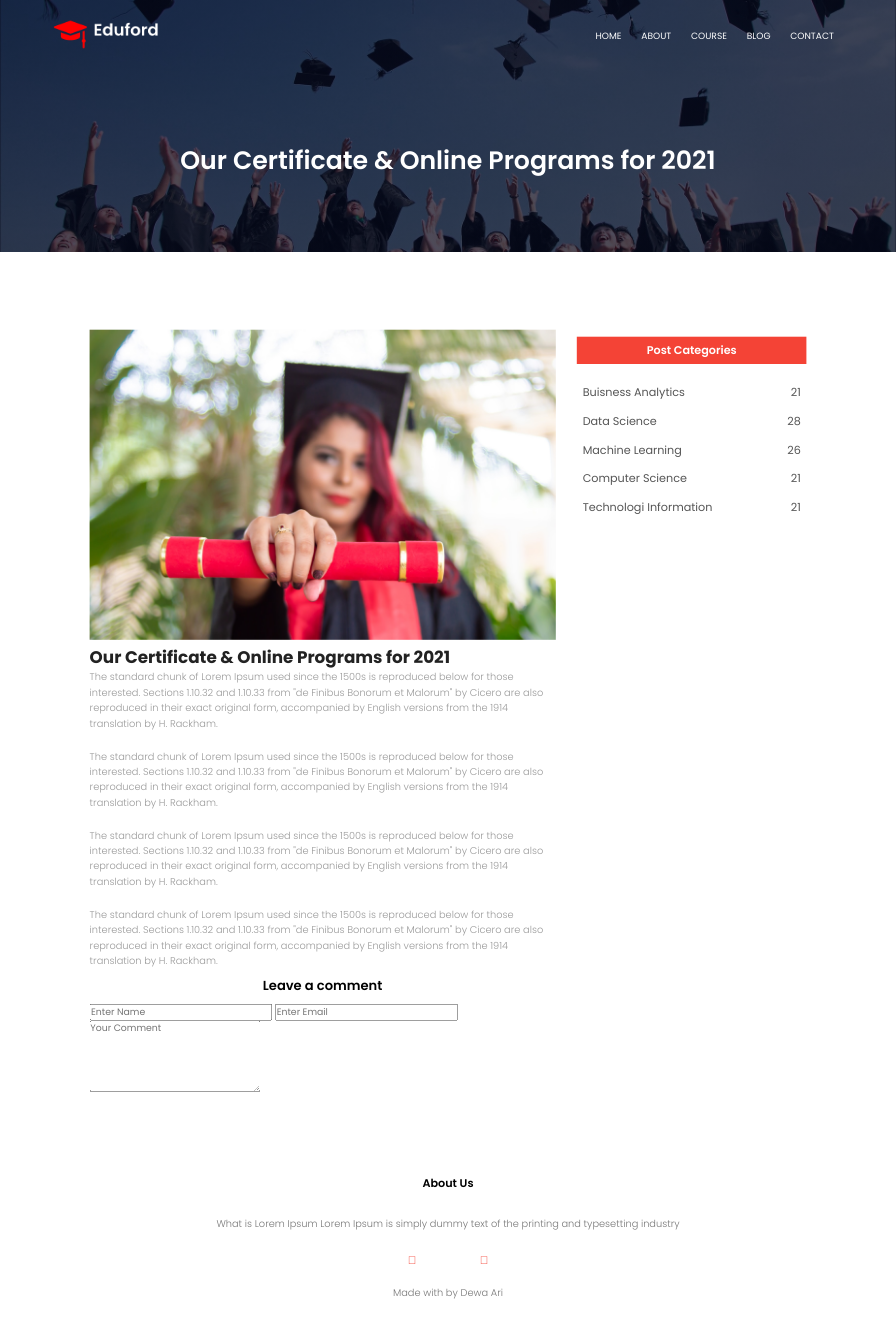
Repository: dewaary/company-profile
Page: blog.html
The author's editor kept a copy of each file at every save. The page is drawn from the files as they stood at one save, then again after the next save.
The browser window is 1280 px wide. The pictures show the whole page, at 70% of full size.

Above is the page before, as saved 2021-05-08 00:06:39.

### blog.html
<!DOCTYPE html>
<html lang="en">

<head>
    <meta charset="UTF-8" />
    <meta http-equiv="X-UA-Compatible" content="IE=edge" />
    <meta name="viewport" content="width=device-width, initial-scale=1.0" />
    <title>University Website Design</title>
    <link rel="stylesheet" href="style.css" />
    <link rel="preconnect" href="https://fonts.gstatic.com" />
    <link href="https://fonts.googleapis.com/css2?family=Poppins:wght@200;300;400;600;700&display=swap"
        rel="stylesheet" />
    <link rel="stylesheet"
        href="https://cdn.jsdelivr.net/npm/@fortawesome/fontawesome-free@5.15.3/css/fontawesome.min.css" />
</head>

<body>
    <section class="sub-header">
        <nav>
            <a href="index.html"><img src="images/logo.png" /></a>
            <div class="nav-links" id="navLinks">
                <i class="fa fa-times" onclick="hideMenu()"></i>
                <ul>
                    <li><a href="">HOME</a></li>
                    <li><a href="">ABOUT</a></li>
                    <li><a href="">COURSE</a></li>
                    <li><a href="">BLOG</a></li>
                    <li><a href="">CONTACT</a></li>
                </ul>
            </div>
            <i class="fa fa-bars" onclick="showMenu()"></i>
        </nav>
        <h1>Our Certificate & Online Programs for 2021</h1>
    </section>

    <section class="blog-content">
        <div class="row">
            <div class="blog-left">
                <img src="images/certificate.jpg" />
                <h2>Our Certificate & Online Programs for 2021</h2>
                <p>
                    The standard chunk of Lorem Ipsum used since the 1500s is reproduced
                    below for those interested. Sections 1.10.32 and 1.10.33 from "de
                    Finibus Bonorum et Malorum" by Cicero are also reproduced in their
                    exact original form, accompanied by English versions from the 1914
                    translation by H. Rackham.
                </p>
                <br />
                <p>
                    The standard chunk of Lorem Ipsum used since the 1500s is reproduced
                    below for those interested. Sections 1.10.32 and 1.10.33 from "de
                    Finibus Bonorum et Malorum" by Cicero are also reproduced in their
                    exact original form, accompanied by English versions from the 1914
                    translation by H. Rackham.
                </p>
                <br />
                <p>
                    The standard chunk of Lorem Ipsum used since the 1500s is reproduced
                    below for those interested. Sections 1.10.32 and 1.10.33 from "de
                    Finibus Bonorum et Malorum" by Cicero are also reproduced in their
                    exact original form, accompanied by English versions from the 1914
                    translation by H. Rackham.
                </p>
                <br />
                <p>
                    The standard chunk of Lorem Ipsum used since the 1500s is reproduced
                    below for those interested. Sections 1.10.32 and 1.10.33 from "de
                    Finibus Bonorum et Malorum" by Cicero are also reproduced in their
                    exact original form, accompanied by English versions from the 1914
                    translation by H. Rackham.
                </p>

                <div class="comment-box">
                    <h3>Leave a comment</h3>

                    <form class="comment-form">
                        <input type="text" placeholder="Enter Name">
                        <input type="email" placeholder="Enter Email">
                        <textarea rows="5" placeholder="Your Comment"></textarea>
                    </form>
                </div>
            </div>
            <div class="blog-right">
                <h3>Post Categories</h3>
                <div>
                    <span>Buisness Analytics</span>
                    <span>21</span>
                </div>
                <div>
                    <span>Data Science</span>
                    <span>28</span>
                </div>
                <div>
                    <span>Machine Learning</span>
                    <span>26</span>
                </div>
                <div>
                    <span>Computer Science</span>
                    <span>21</span>
                </div>
                <div>
                    <span>Technologi Information</span>
                    <span>21</span>
                </div>
            </div>
        </div>
    </section>

    <section class="footer">
        <h4>About Us</h4>
        <p>
            What is Lorem Ipsum Lorem Ipsum is simply dummy text of the printing and
            typesetting industry
        </p>
        <div class="icons">
            <i class="fa fa-facebook"></i>
            <i class="fa fa-Twitter"></i>
            <i class="fa fa-Instagram"></i>
            <i class="fa fa-linkedin"></i>
        </div>
        <p>Made with <i class="fa fa-heart-0"></i>by Dewa Ari</p>
    </section>

    <!---- Javascript for Toggle Menu ---->
    <script>
        var navLinks = document.getElementById("navLinks");

        function showMenu() {
            navLinks.style.right = "0";
        }
        function hideMenu() {
            navLinks.style.right = "-200px";
        }
    </script>
</body>

</html>

### style.css
* {
  margin: 0;
  padding: 0;
  font-family: "Poppins", sans-serif;
}

.header {
  min-height: 100vh;
  width: 100%;
  background-image: linear-gradient(rgba(4, 9, 30, 0.7), rgba(4, 9, 30, 0.7)),
    url(images/banner.png);
  background-position: center;
  background-size: cover;
  position: relative;
}

nav {
  display: flex;
  padding: 2% 6%;
  justify-content: space-between;
  align-items: center;
}

nav img {
  width: 150px;
}

.nav-links {
  flex: 1;
  text-align: right;
}

.nav-links ul li {
  list-style: none;
  display: inline-block;
  padding: 8px 12px;
  position: relative;
}

.nav-links ul li a {
  color: #fff;
  text-decoration: none;
  font-size: 13px;
}

.nav-links ul li::after {
  content: "";
  width: 0%;
  height: 2px;
  background: #f44336;
  display: block;
  margin: auto;
  transition: 0.5s;
}

.nav-links ul li:hover::after {
  width: 100%;
}

.text-box {
  width: 90%;
  color: #fff;
  position: absolute;
  top: 50%;
  left: 50%;
  transform: translate(-50%, -50%);
  text-align: center;
}

.text-box h1 {
  font-size: 62px;
}

.text-box p {
  margin: 10px 0 40px;
  font-size: 14px;
  color: #fff;
}

.hero-btn {
  display: inline-block;
  text-decoration: none;
  color: #fff;
  border: 1px solid #fff;
  padding: 12px 34px;
  font-size: 13px;
  background: transparent;
  position: relative;
  cursor: pointer;
}

.hero-btn:hover {
  border: 1px solid #f44336;
  background: #f44336;
  transition: 1s;
}

nav .fa {
  display: none;
}

@media (max-width: 700px) {
  .text-box h1 {
    font-size: 20px;
  }

  .nav-links ul li {
    display: block;
  }
  .nav-links {
    position: absolute;
    background: #f44336;
    height: 100vh;
    width: 200px;
    top: 0;
    right: -200px;
    text-align: left;
    z-index: 2;
    transition: 1s;
  }

  nav .fa {
    display: block;
    color: #fff;
    margin: 10px;
    font-size: 22px;
    cursor: pointer;
  }

  .nav-links ul {
    padding: 30px;
  }
}

/*---- Course ------ */

.course {
  width: 80%;
  margin: auto;
  text-align: center;
  padding-top: 100px;
}

h1 {
  font-size: 36px;
  font-weight: 600;
}

p {
  color: #777;
  font-size: 14px;
  font-weight: 300;
  line-height: 22px;
  padding: 10px;
}

.row {
  margin-top: 5%;
  display: flex;
  justify-content: space-between;
}

.course-col {
  flex-basis: 31%;
  background: #fff3f3;
  border-radius: 10px;
  margin-bottom: 5%;
  padding: 20px 12px;
  box-sizing: border-box;
  transition: 0.5s;
}

h3 {
  text-align: center;
  font-weight: 600;
  margin: 10px 0;
}

.course-col:hover {
  box-shadow: 0 0 20px 0px rgba(0, 0, 0, 0.2);
}

@media (max-width: 700px) {
  .row {
    flex-direction: column;
  }
}

.campus {
  width: 80%;
  margin: auto;
  text-align: center;
  padding-top: 50px;
}

.campus-col {
  flex-basis: 32%;
  border-radius: 10px;
  margin-bottom: 30px;
  position: relative;
  overflow: hidden;
}
.campus-col img {
  width: 100%;
  display: block;
}

.layer {
  background: transparent;
  height: 100%;
  width: 100%;
  position: absolute;
  top: 0;
  left: 0;
  transition: 0.5s;
}

.layer:hover {
  background: rgba(226, 0, 0, 0.7);
}

.layer h3 {
  width: 100%;
  font-weight: 500;
  color: #fff;
  font-size: 26px;
  bottom: 0;
  left: 50%;
  transform: translateX(-50%);
  position: absolute;
  transition: 0.5s;
}

.layer:hover h3 {
  bottom: 49%;
  opacity: 1;
}

.facilities {
  width: 80%;
  margin: auto;
  text-align: center;
  padding-top: 100px;
}

.facilities-col {
  flex-basis: 31%;
  border-radius: 10px;
  margin-bottom: 5%;
  text-align: left;
}

.facilities-col img {
  width: 100%;
  border-radius: 10px;
}

.facilities-col p {
  padding: 0%;
}

.facilities-col h3 {
  margin-top: 16px;
  margin-bottom: 15px;
  text-align: left;
}

.testimonials {
  width: 80%;
  margin: auto;
  padding-top: 100px;
  text-align: center;
}

.testimonials-col {
  flex-basis: 44%;
  border-radius: 10px;
  margin-bottom: 5%;
  text-align: left;
  background: #fff3f3;
  padding: 25px;
  cursor: pointer;
  display: flex;
}

.testimonials-col img {
  height: 40px;
  margin-left: 5px;
  margin-right: 30px;
  border-radius: 50%;
}

.testimonials-col p {
  padding: 0;
}

.testimonials-col h3 {
  margin-top: 15px;
  text-align: left;
}

.testimonials-col .fa {
  color: #f44336;
}

@media (max-width: 700px) {
  .testimonials-col img {
    margin-left: 0px;
    margin-right: 15px;
  }
}

.cta {
  margin: 100px auto;
  width: 80%;
  background-image: linear-gradient(rgba(0, 0, 0, 0.7), rgba(0, 0, 0, 0.7)),
    url(images/banner2.jpg);
  background-position: center;
  background-size: cover;
  border-radius: 10px;
  text-align: center;
  padding: 100px 0;
}

.cta h1 {
  color: #fff;
  margin-bottom: 40px;
  padding: 0;
}

@media (max-width: 700px) {
  .cta h1 {
    font-size: 20px;
  }
}

.footer {
  width: 100%;
  text-align: center;
  padding: 30px 0;
}

.footer h4 {
  margin-bottom: 25px;
  margin-top: 20px;
  font-weight: 600;
}

.icons .fa {
  color: #f44336;
  margin: 0 13px;
  cursor: pointer;
  padding: 18px 0;
}

.fa-heart-0 {
  color: #f44336;
}

/*--------- About Us Page --------- */

.sub-header {
  height: 50vh;
  width: 100%;
  background-image: linear-gradient(rgba(4, 9, 30, 0.7), rgba(4, 9, 30, 0.7)),
    url(images/background.jpg);
  background-position: center;
  background-size: cover;
  text-align: center;
  color: #fff;
}

.sub-header h1{
  margin-top: 100px;
}

.about-us {
  width: 80%;
  margin: auto;
  padding-top: 80px;
  padding-bottom: 50px;
}

.about-col {
  flex-basis: 48%;
  padding: 30px 2px;
}

.about-col img{
  width: 100%;
}

.about-col h1{
  padding-top: 0;
}

.about-col p{
  padding: 15px 0 25px;
}

.red-btn {
  border: 1px solid #f44336;
  background: transparent;
  color: #f44336;
}

.red-btn:hover{
  color: #fff;
}

.blog-content {
  width: 80%;
  margin: auto;
  padding: 60px 0;
}

.blog-left{
  flex-basis: 65%;
}

.blog-left img{
  width: 100%;
}

.blog-left h2{
  color: #222;
  font-weight: 30px 0;
}

.blog-left p{
  color: #999;
  padding: 0;
}

.blog-right {
  flex-basis: 32%;
}

.blog-right h3{
  background: #f44336;
  color: #fff;
  padding: 7px 0;
  font-size: 16px;
  margin-bottom: 20px;
}

.blog-right div{
  display: flex;
  align-items: center;
  justify-content: space-between;
  color: #555;
  padding: 8px;
  box-sizing: border-box;
}

After the next save:
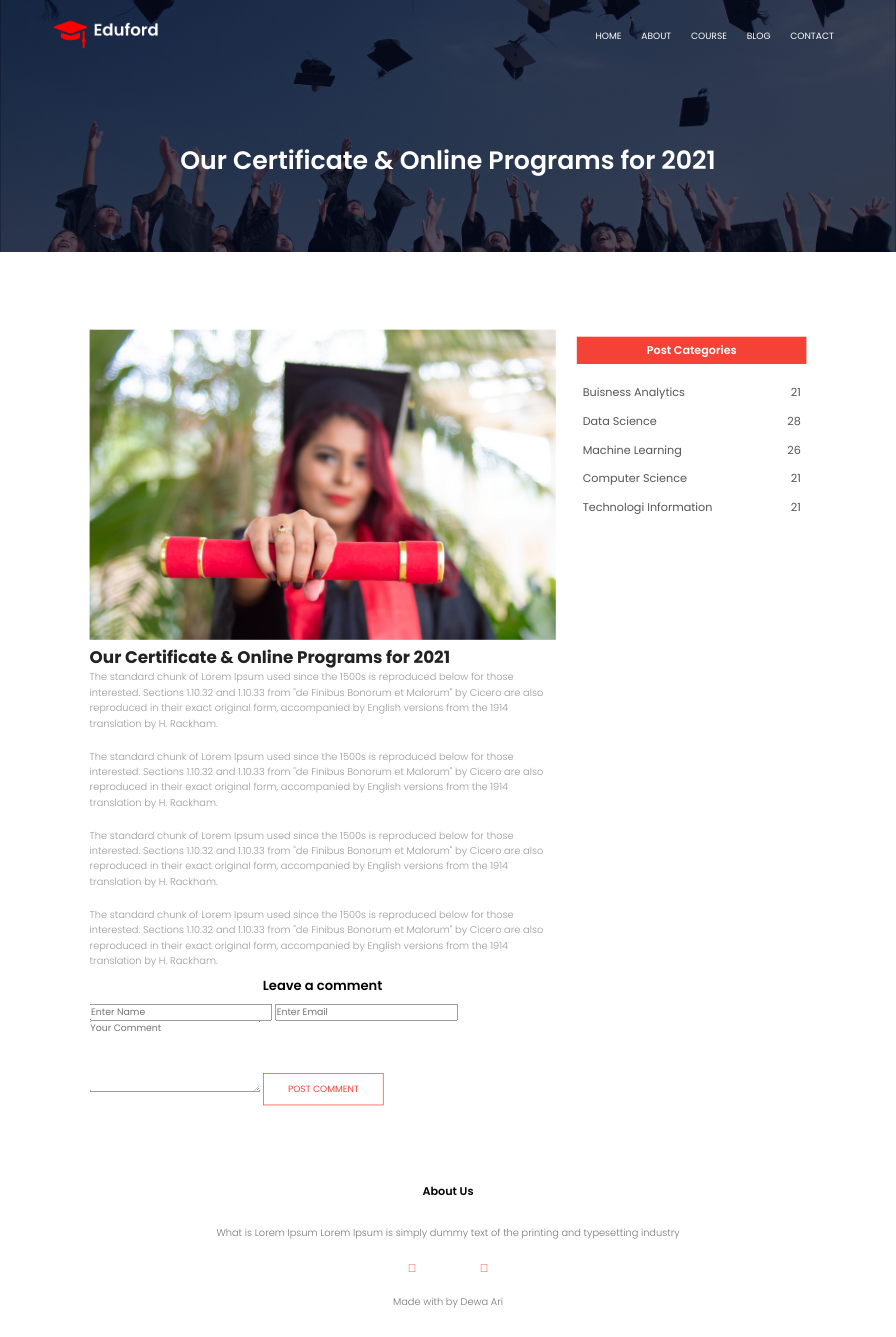
Saved 32 s later.
--- a/blog.html
+++ b/blog.html
@@ -77,6 +77,7 @@
                         <input type="text" placeholder="Enter Name">
                         <input type="email" placeholder="Enter Email">
                         <textarea rows="5" placeholder="Your Comment"></textarea>
+                        <button type="submit" class="hero-btn red-btn">POST COMMENT</button>
                     </form>
                 </div>
             </div>
